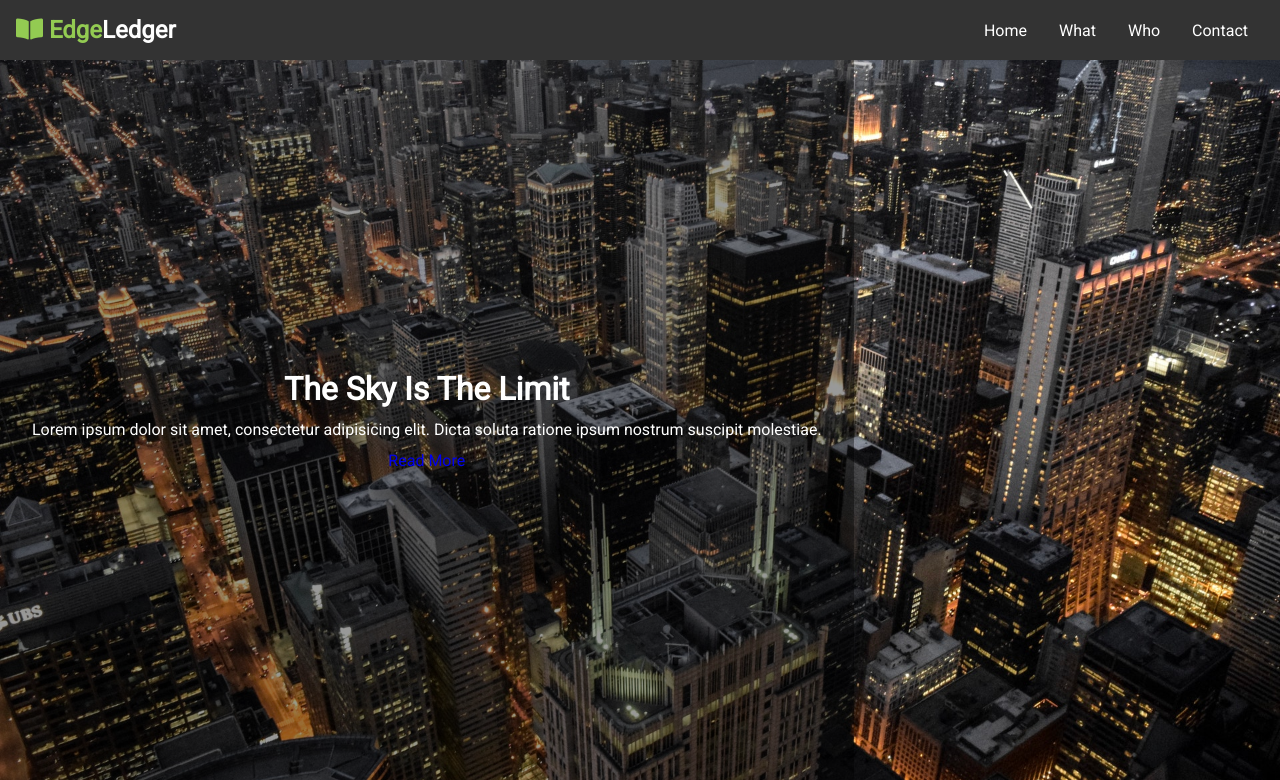
Repository: dimlutine/EdgeLedger
Page: index.html
These files come from the project's save history. The page is drawn as it stood at one moment and after the next save; the edit follows.
The browser window is 1280 px wide. The pictures show the whole page.
Some web libraries are served in a nearby version.

Above is the page before, as saved 2019-07-06 18:55:02.

### index.html
<!DOCTYPE html>
<html lang="en">

<head>
    <meta charset="UTF-8">
    <meta name="viewport" content="width=device-width, initial-scale=1.0">
    <meta http-equiv="X-UA-Compatible" content="ie=edge">
    <link rel="stylesheet" href="https://use.fontawesome.com/releases/v5.6.3/css/all.css" integrity="sha384-UHRtZLI+pbxtHCWp1t77Bi1L4ZtiqrqD80Kn4Z8NTSRyMA2Fd33n5dQ8lWUE00s/" crossorigin="anonymous">
    <link rel="stylesheet" media="screen and (max-width: 768px)" href="css/mobile.css">
    <link rel="stylesheet" media="screeb abd (min-width: 1100px)" href="css/widescreen.css">
    <link rel="stylesheet" href="css/style.css">
    <title>EdgeLedger Financial | Accounting & Investment</title>
</head>

<body id="home">
    <!-- Navbar -->
    <nav id="navbar">
        <h1 class="logo">
            <span class="text-primary"><i class="fas fa-book-open"></i> Edge</span>Ledger
        </h1>
        <ul>
            <li><a href="#home">Home</a></li>
            <li><a href="#what">What</a></li>
            <li><a href="#who">Who</a></li>
            <li><a href="#contacts">Contact</a></li>
        </ul>
    </nav>
    <!-- Header: Showcase -->
    <header id="showcase">
        <div class="showcase-content">
            <h1 class="l-heading">
                The Sky Is The Limit
            </h1>
            <p class="lead">Lorem ipsum dolor sit amet, consectetur adipisicing elit. Dicta soluta ratione ipsum nostrum suscipit molestiae.</p>
            <a href="#what" class="btn">Read More</a>
        </div>
    </header>
</body>

</html>

### css/style.css
@import url('https://fonts.googleapis.com/css?family=Roboto&display=swap');
* {
    margin: 0;
    padding: 0;
}

body {
    font-family: 'Roboto', sans-serif;
}

a {
    text-decoration: none;
}

p {
    margin: .75rem 0;
}


/* Utility Classes */

.text-primary {
    color: #93cb52;
}


/* Navbar */

#navbar {
    display: flex;
    position: sticky;
    top: 0;
    background: #333;
    color: #fff;
    justify-content: space-between;
    z-index: 1;
    padding: 1rem;
}

#navbar ul {
    display: flex;
    align-items: center;
    list-style: none;
}

#navbar ul li a {
    color: #fff;
    padding: 0.75rem;
    margin: 0 0.25rem;
}

#navbar ul li a:hover {
    background: #93cb52;
    border-radius: 5px;
}


/* Showcase */

#showcase {
    background: #333 url(../img/showcase.jpg) no-repeat center center/cover;
    height: 100vh;
    color: #fff;
}

#showcase .showcase-content {
    height: 100%;
    display: flex;
    flex-direction: column;
    justify-content: center;
    text-align: center;
    align-items: center;
    padding: 0 2rem;
    /* Overlay */
    position: absolute;
    top: 60px;
    left: 0;
    background-color: rgba(0, 0, 0, .4);
}

Loaded but not shown: css/mobile.css (no stored copy; drawn as an empty file); css/widescreen.css (no stored copy; drawn as an empty file)

After the next save:
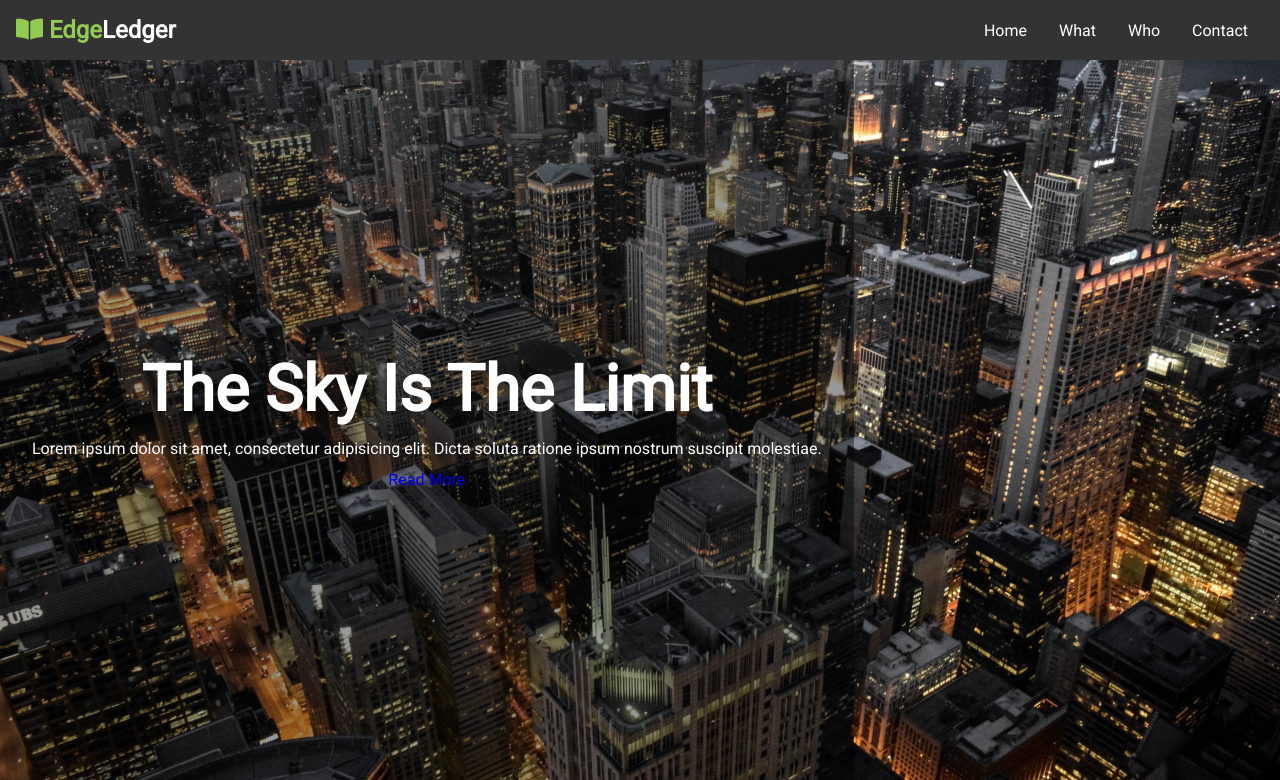
Saved 58 s later.
--- a/css/style.css
+++ b/css/style.css
@@ -21,6 +21,10 @@
 
 .text-primary {
     color: #93cb52;
+}
+
+.l-heading {
+    font-size: 4rem;
 }
 
 
